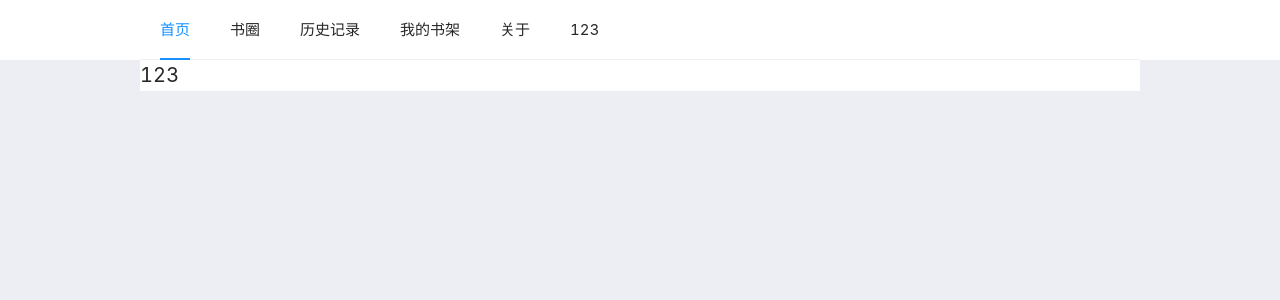
Repository: Fengjing95/book-react
Page: /
An editor plug-in stored every save of this project. The page is shown before and after the next save, followed by the edit.
The browser window is 1280 px wide. The pictures show the whole page.
The project was rebuilt for these pictures with package versions that can differ from the ones it lists, and the page was loaded fresh each time.

Above is the page before, as saved 2021-02-19 11:35:36.

### src/index.js
/*
 * @Date: 2021-01-24 10:37:12
 * @LastEditors: 小枫
 * @description: 配置
 * @LastEditTime: 2021-01-24 11:21:08
 * @FilePath: \book-react\src\index.js
 */
import React from 'react';
import ReactDOM from 'react-dom';
import './index.css';
import App from './App';
// import reportWebVitals from './reportWebVitals';
import axios from 'axios';
import 'antd/dist/antd.css';

// 配置axios
axios.defaults.baseURL = '/api'
// 配置请求拦截
axios.interceptors.request.use(
  config => {
    config.headers.Authorization = window.localStorage.getItem('token')
    return config;
  },
  err => {
    return Promise.reject(err);
  }
);
// 添加响应拦截器
axios.interceptors.response.use(
  function (response) {
    console.log(response);
    return response;
  },
  function (error) {
    // 对响应错误做点什么
    return Promise.reject(error);
  }
);
React.Component.prototype.$http = axios

ReactDOM.render(
  <React.StrictMode>
    <App />
  </React.StrictMode>,
  document.getElementById('root')
);

// If you want to start measuring performance in your app, pass a function
// to log results (for example: reportWebVitals(console.log))
// or send to an analytics endpoint. Learn more: https://bit.ly/CRA-vitals
// reportWebVitals();

### src/App.js
/*
 * @Date: 2021-01-24 10:37:12
 * @LastEditors: 小枫
 * @description: 主组件
 * @LastEditTime: 2021-02-19 11:28:44
 * @FilePath: \book-react\src\App.js
 */
import './App.css';
import { BrowserRouter as Router } from "react-router-dom"
import { renderRoutes } from 'react-router-config'
import { routes } from './router/index'
import MyMenu from './components/MyMenu/MyMenu'

function AppRouter() {
  return <div>
      <Router>
        <MyMenu />
        <div className="App">
          {renderRoutes(routes)}
        </div>
      </Router>
    </div >
}

export default AppRouter

### src/App.css
.App {
  /* text-align: center; */
  width: 1000px;
  margin: 0 auto;
  background-color: #fff;
}


.App-logo {
  height: 40vmin;
  pointer-events: none;
}

@media (prefers-reduced-motion: no-preference) {
  .App-logo {
    animation: App-logo-spin infinite 20s linear;
  }
}

.App-header {
  background-color: #282c34;
  min-height: 100vh;
  display: flex;
  flex-direction: column;
  align-items: center;
  justify-content: center;
  font-size: calc(10px + 2vmin);
  color: white;
}

.App-link {
  color: #61dafb;
}

@keyframes App-logo-spin {
  from {
    transform: rotate(0deg);
  }
  to {
    transform: rotate(360deg);
  }
}

### src/router/index.js
/*
 * @Date: 2021-01-24 11:15:58
 * @LastEditors: 小枫
 * @description: description
 * @LastEditTime: 2021-01-24 11:19:53
 * @FilePath: \book-react\src\router\index.js
 */
import Home from '../pages/Home/Home'

export const routes = [
  {
    path: '/',
    exact: true,
    component: Home
  },
  // {
  //   path: '/list/:id',
  //   component: InputList,
  //   routes: [
  //     {
  //       path: '/list/:id/h',
  //       component: News
  //     }
  //   ]
  // }
]

### src/components/MyMenu/MyMenu.jsx
import React, { Component } from 'react'
import { Menu } from 'antd'
import { Link } from "react-router-dom"
import './menu.sass'

export class MyMenu extends Component {
  constructor(props) {
    super(props)

    this.state = {
      current: 'home',
      menu: [
        { name: '首页', route: '/', key: 'home' },
        { name: '书圈', route: '/discussion', key: 'discussion' },
        { name: '历史记录', route: '/history', key: 'history' },
        { name: '我的书架', route: '/collection', key: 'collection' },
        { name: '关于', route: '/about', key: 'about' }
       ]
    }
  }

  menuHandler = (e) => {
    this.setState({
      current: e.key
    })
  }

  render() {
    return (
      <div className="menu-bg">
        <Menu
        selectedKeys={[this.state.current]}
        mode="horizontal" onClick={this.menuHandler}
        style={{ lineHeight: '60px', fontSize: '15px', width: '1000px', margin: '0 auto' }}>
        {
          this.state.menu.map((item) => {
            return <Menu.Item key={item.key}>
              <Link to={item.route}>{ item.name }</Link>
            </Menu.Item>
          })
        }
        <Menu.Item >123</Menu.Item>
      </Menu>
      </div>
    )
  }
}

export default MyMenu

### src/pages/Home/Home.jsx
import React, { Component } from 'react'
import './home.sass'

export class Home extends Component {
  constructor(props) {
    super(props)

    this.state = {
      msg: '123',
    }
  }

  render() {
    return (
      <div className="msg">
        {this.state.msg}
      </div>
    )
  }
}

export default Home

### src/components/MyMenu/menu.sass
.menu-bg
  width: 100%
  background-color: #fff

### src/pages/Home/home.sass
.msg
  font-size: 20px

Loaded but not shown: public/index.html (common file); src/index.css (common file)

After the next save:
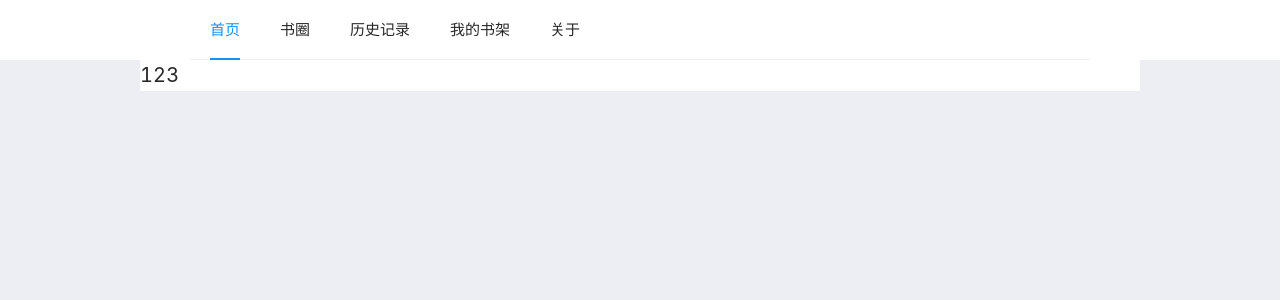
Saved 89 s later.
--- a/src/components/MyMenu/MyMenu.jsx
+++ b/src/components/MyMenu/MyMenu.jsx
@@ -31,7 +31,7 @@
         <Menu
         selectedKeys={[this.state.current]}
         mode="horizontal" onClick={this.menuHandler}
-        style={{ lineHeight: '60px', fontSize: '15px', width: '1000px', margin: '0 auto' }}>
+        style={{ lineHeight: '60px', fontSize: '15px', width: '900px', margin: '0 auto' }}>
         {
           this.state.menu.map((item) => {
             return <Menu.Item key={item.key}>
@@ -39,7 +39,7 @@
             </Menu.Item>
           })
         }
-        <Menu.Item >123</Menu.Item>
+
       </Menu>
       </div>
     )
